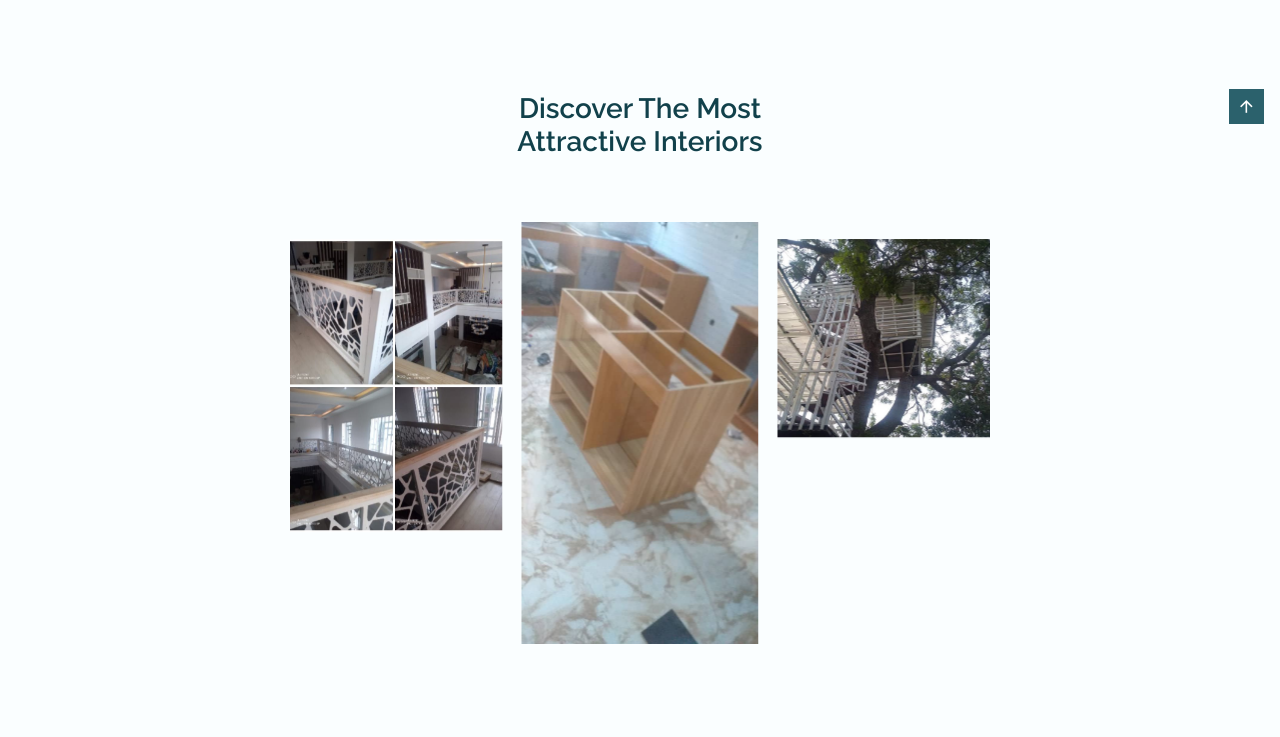
Repository: uche-hub/ARTBIT-WEB
Page: index.html
The author's editor kept a copy of each file at every save. The page is drawn from the files as they stood at one save, then again after a run of saves.
The browser window is 1280 px wide. The pictures show the part of the page from y = 740 to 1477 px (the page is 2758 px tall before and 2657 px after).
A picture or video elsewhere on the page could not be fetched, so the positions and the page height are approximate. Some web libraries are served in a nearby version.

Above is the page before, as saved 2021-11-15 20:18:31.
Console error: TypeError: Cannot read properties of null (reading 'classList')

### index.html
<!DOCTYPE html>
    <html lang="en">
    <head>
        <meta charset="UTF-8">
        <meta name="viewport" content="width=device-width, initial-scale=1.0">

        <link rel="shortcut icon" href="assets/img/favicon.png" type="image/png">

        <!--=============== REMIXICONS ===============-->
        <link href="https://cdn.jsdelivr.net/npm/remixicon@2.5.0/fonts/remixicon.css" rel="stylesheet">

        <!--================= FONTAWESOMEICONS ==============-->
        <script src="https://kit.fontawesome.com/a076d05399.js"></script>

        <!--=============== SWIPER CSS ===============-->
        <link rel="stylesheet" href="assets/css/swiper-bundle.min.css">

        <!--=============== CSS ===============-->
        <link rel="stylesheet" href="assets/css/styles.css">

        <title>ARTBIT NIG LTD</title>
    </head>
    <body>
        <header class="header" id="header">
            <nav class="nav container">
                <a href="index.html" class="nav__logo">ARTBIT NIG LTD</a>

                <div class="nav__menu" id="nav-menu">
                    <ul class="nav__list">
                        <li class="nav__item">
                            <a href="index.html" class="nav__link active-link">Home</a>
                        </li>
                        <li class="nav__item">
                            <a href="about.html" class="nav__link">About</a>
                        </li>
                        <li class="nav__item">
                            <a href="interiors.html" class="nav__link">Interiors</a>
                        </li>
                        <li class="nav__item">
                            <a href="art.html" class="nav__link">Art Works</a>
                        </li>
                        <li class="nav__item">
                            <a href="contact.html" class="nav__link">Contact Us</a>
                        </li>
                    </ul>

                    <div class="nav__dark">
                        <!-- Theme change button -->
                        <span class="change-theme-name">Dark mode</span>
                        <i class="ri-moon-line change-theme" id="theme-button"></i>
                    </div>

                    <i class="ri-close-line nav__close" id="nav-close"></i>
                </div>

                <div class="nav__toggle" id="nav-toggle">
                    <i class="ri-function-line"></i>
                </div>
            </nav>
        </header>

        <main class="main">
            <!--==================== HOME ====================-->
            <section class="home" id="home">
                <img src="assets/img/act1.jpeg" alt="" class="home__img">

                <div class="home__container container grid">
                    <div class="home__data">
                        <span class="home__data-subtitle">Discover your place</span>
                        <h1 class="home__data-title">Explore The <br>Best <b>Beautiful Art and Interiors</b></h1>
                        <a href="art.html" class="button">Explore</a>

                    </div>

                    <div class="home__social">
                        <a href="https://www.facebook.com/" target="_blank" class="home__social-link">
                            <i class="ri-facebook-box-fill"></i>
                        </a>
                        <a href="https://www.instagram.com/" target="_blank" class="home__social-link">
                            <i class="ri-instagram-fill"></i>
                        </a>
                        <a href="https://twitter.com/" target="_blank" class="home__social-link">
                            <i class="ri-twitter-fill"></i>
                        </a>
                    </div>

                    <div class="home__info">
                        <div>
                            <span class="home__info-title">6 great Art to see</span>
                            <a href="#art" class="button button--flex button--link home__info-button">
                                More <i class="ri-arrow-right-line"></i>
                            </a>
                        </div>

                        <div class="home__info-overlay">
                            <img src="assets/img/home2.jpg" alt="" class="home__info-img">
                        </div>
                    </div>
                </div>
            </section>

            <!--==================== INTERIORS ====================-->
            <section class="discover section" id="interiors">
                <h2 class="section__title">Discover the most <br> attractive Interiors</h2>

                <div class="discover__container container swiper-container">
                    <div class="swiper-wrapper">
                        <!--==================== DISCOVER 1 ====================-->

                        <!--==================== DISCOVER 2 ====================-->
                        <div class="discover__card swiper-slide">
                            <img src="assets/img/i7.jpeg" alt="" class="discover__img">
                        </div>

                        <!--==================== DISCOVER 3 ====================-->
                        <div class="discover__card swiper-slide">
                            <img src="assets/img/i10.jpeg" alt="" class="discover__img">
                        </div>

                        <!--==================== DISCOVER 4 ====================-->
                        <div class="discover__card swiper-slide">
                            <img src="assets/img/i4.jpeg" alt="" class="discover__img">
                        </div>

                        <!--==================== DISCOVER 5 ====================-->
                        <div class="discover__card swiper-slide">
                            <img src="assets/img/i5.jpeg" alt="" class="discover__img">
                        </div>

                        <!--==================== DISCOVER 6 ====================-->
                        <div class="discover__card swiper-slide">
                            <img src="assets/img/i6.jpeg" alt="" class="discover__img">
                        </div>
                    </div>
                </div>
            </section>

            <!--==================== ART WORK ====================-->
            <section class="art section" id="art">
                <h2 class="section__title">Choose Your Art with us</h2>

                <div class="art__container container grid">
                    <!--==================== ART CARD 1 ====================-->
                    <div class="art__card">
                        <img src="assets/img/act1.jpg" alt="" class="art__img">
                    </div>

                    <!--==================== PLACES CARD 2 ====================-->
                    <div class="art__card">
                        <img src="assets/img/act2.jpg" alt="" class="art__img">
                    </div>

                    <!--==================== PLACES CARD 3 ====================-->
                    <div class="art__card">
                        <img src="assets/img/act3.jpg" alt="" class="art__img">
                    </div>

                    <!--==================== PLACES CARD 4 ====================-->
                    <div class="art__card">
                        <img src="assets/img/act4.jpg" alt="" class="art__img">
                    </div>

                    <!--==================== PLACES CARD 5 ====================-->
                    <div class="art__card">
                        <img src="assets/img/act5.jpg" alt="" class="art__img">
                    </div>

                    <!--==================== PLACES CARD 6 ====================-->
                    <div class="art__card">
                        <img src="assets/img/act6.jpg" alt="" class="art__img">
                    </div>
                </div>
            </section>


        <!--==================== FOOTER ====================-->
        <footer class="footer section">
            <div class="footer__container container grid">
                <div class="footer__content grid">
                    <div class="footer__data">
                        <h3 class="footer__title">ARTBIT NIG LTD</h3>
                        <p class="footer__description">You can find the most beautiful and pleasant art works and interiors
                        prices with special discounts. We do art like painting, sculptures, metal construction. You can choose the best art
                        that suit your home, <br> interiors that best
                        suit your home.
                        </p>
                        <div>
                            <a href="https://www.facebook.com/" target="_blank" class="footer__social">
                                <i class="ri-facebook-box-fill"></i>
                            </a>
                            <a href="https://twitter.com/" target="_blank" class="footer__social">
                                <i class="ri-twitter-fill"></i>
                            </a>
                            <a href="https://www.instagram.com/" target="_blank" class="footer__social">
                                <i class="ri-instagram-fill"></i>
                            </a>
                        </div>
                    </div>

                    <div class="footer__data">
                        <h3 class="footer__subtitle">About</h3>
                        <ul>
                            <li class="footer__item">
                                <a href="#about" class="footer__link">About Us</a>
                            </li>
                            <li class="footer__item">
                                <a href="#art" class="footer__link">Art Works</a>
                            </li>
                            <li class="footer__item">
                                <a href="#interiors" class="footer__link">Interiors</a>
                            </li>
                        </ul>
                    </div>

                    <div class="footer__data">
                        <h3 class="footer__subtitle">Full Links</h3>
                        <ul>
                            <li class="footer__item">
                                <a href="art.html" class="footer__link">See all art works</a>
                            </li>
                            <li class="footer__item">
                                <a href="" class="footer__link">See all interior decoration</a>
                            </li>
                        </ul>
                    </div>

                    <div class="footer__data">
                        <h3 class="footer__subtitle">Support</h3>
                        <ul>
                            <li class="footer__item">
                                <a href="" class="footer__link">Contact Us</a>
                            </li>
                        </ul>
                    </div>
                </div>

                <div class="footer__rights">
                    <p class="footer__copy">&#169; 2021 ARTBIT NIG LTD. All rigths reserved.</p>
                </div>
            </div>
        </footer>

        <!--========== SCROLL UP ==========-->
        <a href="#" class="scrollup" id="scroll-up">
            <i class="ri-arrow-up-line scrollup__icon"></i>
        </a>

        <!--=============== SCROLL REVEAL===============-->
        <script src="assets/js/scrollreveal.min.js"></script>

        <!--=============== SWIPER JS ===============-->
        <script src="assets/js/swiper-bundle.min.js"></script>

        <!--=============== MAIN JS ===============-->
        <script src="assets/js/main.js"></script>
    </body>
</html>

Loaded but not shown: assets/css/swiper-bundle.min.css (library); assets/js/scrollreveal.min.js (library); assets/js/swiper-bundle.min.js (library); assets/js/main.js (154 lines, source omitted); assets/css/styles.css (1201 lines, source omitted)

After the next 2 saves:
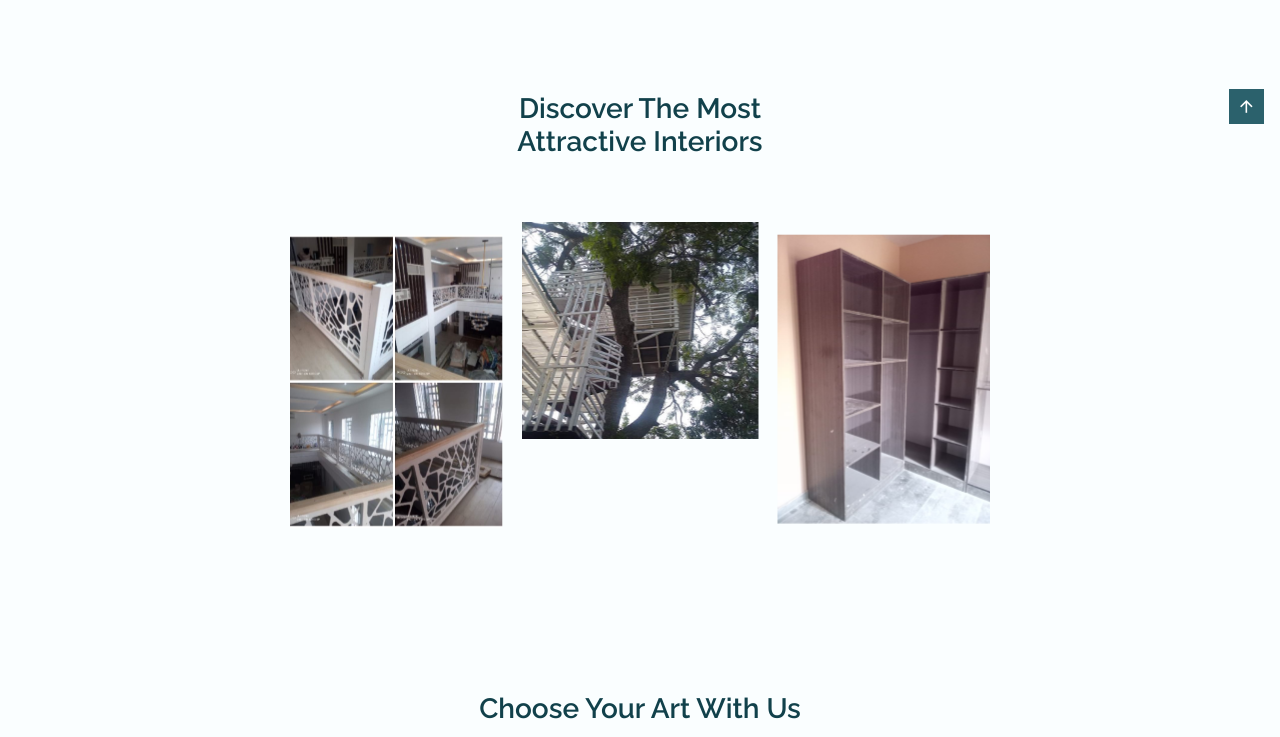
The 2 saves are shown as one change because they came seconds apart.
The last was saved 31 s later.
--- a/index.html
+++ b/index.html
@@ -105,13 +105,6 @@
 
                 <div class="discover__container container swiper-container">
                     <div class="swiper-wrapper">
-                        <!--==================== DISCOVER 1 ====================-->
-
-                        <!--==================== DISCOVER 2 ====================-->
-                        <div class="discover__card swiper-slide">
-                            <img src="assets/img/i7.jpeg" alt="" class="discover__img">
-                        </div>
-
                         <!--==================== DISCOVER 3 ====================-->
                         <div class="discover__card swiper-slide">
                             <img src="assets/img/i10.jpeg" alt="" class="discover__img">
